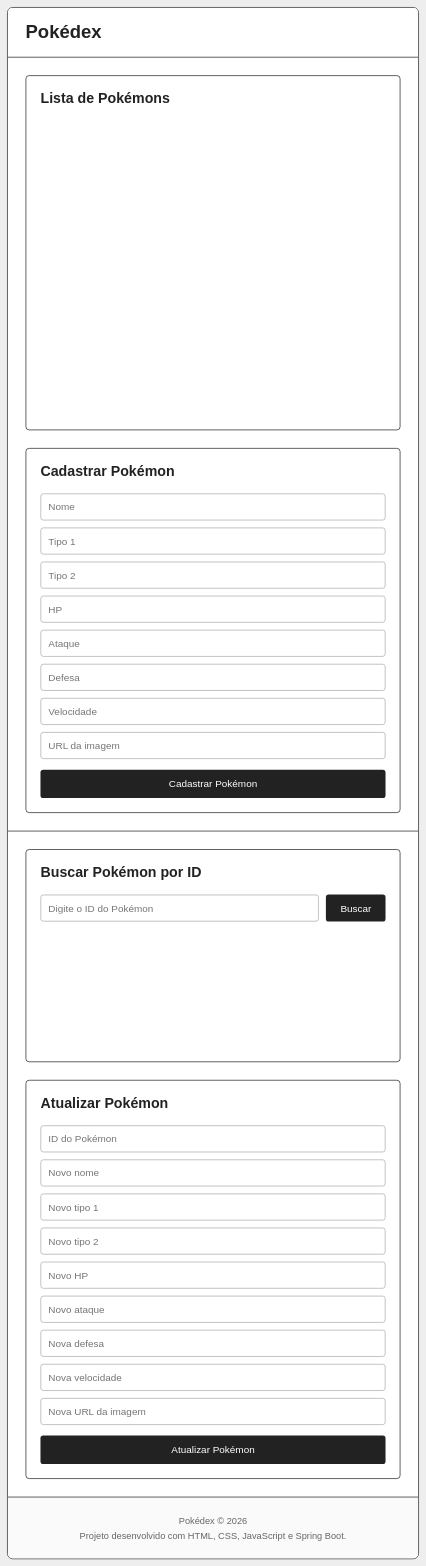
Repository: arthurSchgg/pokedex
Page: front-end/index.html
These files come from the project's save history. The page is drawn as it stood at one moment and after a run of saves; the edit follows.
The browser window is 600 px wide. The pictures show the whole page, at 71% of full size.
The page's requests for data from a server got no answer.

Above is the page before, as saved 2026-10-01 16:40:56.

### front-end/index.html
<!DOCTYPE html>
<html lang="pt-br">

<head>
    <meta charset="UTF-8">
    <meta name="viewport" content="width=device-width, initial-scale=1.0">

    <link rel="stylesheet" href="style.css">

    <title>Pokédex</title>
</head>

<body>

    <div id="app">

        <!-- CABEÇALHO -->
        <header>

            <h1>Pokédex</h1>

        </header>


        <!-- LISTA + CADASTRO -->
        <main>

            <section class="lista">

                <h2>Lista de Pokémons</h2>

                <div id="container-pokemon">
                </div>

            </section>


            <aside class="lateral">

                <h2>Cadastrar Pokémon</h2>

                <form id="pokemon-form">

                    <input
                        id="nome"
                        type="text"
                        placeholder="Nome"
                        required
                    >

                    <input
                        id="tipo1"
                        type="text"
                        placeholder="Tipo 1"
                        required
                    >

                    <input
                        id="tipo2"
                        type="text"
                        placeholder="Tipo 2"
                    >

                    <input
                        id="hp"
                        type="number"
                        placeholder="HP"
                        required
                    >

                    <input
                        id="ataque"
                        type="number"
                        placeholder="Ataque"
                        required
                    >

                    <input
                        id="defesa"
                        type="number"
                        placeholder="Defesa"
                        required
                    >

                    <input
                        id="velocidade"
                        type="number"
                        placeholder="Velocidade"
                        required
                    >

                    <input
                        id="imagem_url"
                        type="text"
                        placeholder="URL da imagem"
                        required
                    >

                    <button type="submit">
                        Cadastrar Pokémon
                    </button>

                </form>

            </aside>

        </main>


        <!-- BUSCAR + ATUALIZAR -->
        <section class="acoes">


            <!-- BUSCAR POR ID -->
            <div id="area-buscar">

                <h2>Buscar Pokémon por ID</h2>

                <div class="busca">

                    <input
                        type="number"
                        id="id"
                        placeholder="Digite o ID do Pokémon"
                    >

                    <button id="buscar-pokemon">
                        Buscar
                    </button>

                </div>

                <div id="pokemon-buscado"></div>

            </div>


            <!-- ATUALIZAR -->
            <div id="area-atualizar">

                <h2>Atualizar Pokémon</h2>

                <form id="pokemon-update-form">

                    <input
                        type="number"
                        id="update-id"
                        placeholder="ID do Pokémon"
                        required
                    >

                    <input
                        type="text"
                        id="update-nome"
                        placeholder="Novo nome"
                        required
                    >

                    <input
                        type="text"
                        id="update-tipo1"
                        placeholder="Novo tipo 1"
                        required
                    >

                    <input
                        type="text"
                        id="update-tipo2"
                        placeholder="Novo tipo 2"
                    >

                    <input
                        type="number"
                        id="update-hp"
                        placeholder="Novo HP"
                        required
                    >

                    <input
                        type="number"
                        id="update-ataque"
                        placeholder="Novo ataque"
                        required
                    >

                    <input
                        type="number"
                        id="update-defesa"
                        placeholder="Nova defesa"
                        required
                    >

                    <input
                        type="number"
                        id="update-velocidade"
                        placeholder="Nova velocidade"
                        required
                    >

                    <input
                        type="text"
                        id="update-imagem_url"
                        placeholder="Nova URL da imagem"
                        required
                    >

                    <button type="submit">
                        Atualizar Pokémon
                    </button>

                </form>

            </div>

        </section>


        <!-- FOOTER -->
        <footer>

            <p>Pokédex © 2026</p>

            <p>
                Projeto desenvolvido com HTML, CSS, JavaScript e Spring Boot.
            </p>

        </footer>

    </div>


    <script src="script.js"></script>

</body>

</html>

### front-end/style.css
* {
    box-sizing: border-box;
    margin: 0;
    padding: 0;
}


body {
    font-family: Arial, Helvetica, sans-serif;

    background-color: #eeeeee;

    color: #222;

    padding: 40px 20px;
}

#app {
    width: 1100px;

    max-width: 100%;

    margin: 0 auto;

    background-color: white;

    border: 1px solid #222;

    border-radius: 8px;

    overflow: hidden;
}

header {
    height: 70px;

    display: flex;

    align-items: center;

    padding: 0 25px;

    border-bottom: 1px solid #222;

    background-color: white;
}

header h1 {
    font-size: 26px;

    font-weight: bold;
}

main {
    display: grid;

    grid-template-columns: 2fr 1fr;

    gap: 25px;

    padding: 25px;
}

.lista {
    border: 1px solid #222;

    border-radius: 5px;

    padding: 20px;

    min-height: 500px;
}

.lista h2 {
    font-size: 20px;

    margin-bottom: 20px;
}

#container-pokemon {
    display: grid;

    grid-template-columns: repeat(3, 1fr);

    gap: 15px;

    max-height: 420px;

    overflow-y: auto;

    padding: 5px;
}

.card-pokemon {
    border: 1px solid #cccccc;

    border-radius: 8px;

    background-color: #fafafa;

    padding: 12px;

    text-align: center;

    cursor: pointer;

    transition:
        transform 0.2s,
        box-shadow 0.2s,
        border-color 0.2s;
}

.card-pokemon:hover {
    transform: translateY(-3px);

    border-color: #222;

    box-shadow: 0 4px 10px rgba(0, 0, 0, 0.15);
}

.card-pokemon img {
    display: block;

    width: 100px;

    height: 100px;

    object-fit: contain;

    margin: 8px auto;
}
.card-pokemon h2 {
    font-size: 18px;

    margin-bottom: 6px;
}

.pokemon-id {
    color: #777;

    font-size: 12px !important;

    font-weight: bold;
}

.pokemon-tipos {
    font-size: 13px;

    color: #555;

    margin-top: 5px;
}

.lateral {
    border: 1px solid #222;

    border-radius: 5px;

    padding: 20px;

    min-height: 500px;
}

.lateral h2 {
    font-size: 20px;

    margin-bottom: 20px;
}

form {
    display: flex;

    flex-direction: column;

    gap: 10px;
}

form input {
    width: 100%;

    height: 38px;

    padding: 8px 10px;

    border: 1px solid #aaa;

    border-radius: 4px;

    font-size: 14px;

    background-color: white;
}

form input:focus {
    outline: none;

    border-color: #222;
}

form button {
    width: 100%;

    height: 40px;

    margin-top: 5px;

    border: none;

    border-radius: 4px;

    background-color: #222;

    color: white;

    font-size: 14px;

    cursor: pointer;

    transition: background-color 0.2s;
}

form button:hover {
    background-color: #444;
}


/* =========================================
   BUSCAR + ATUALIZAR
========================================= */

.acoes {
    display: grid;

    grid-template-columns: 1fr 1fr;

    gap: 25px;

    padding: 25px;

    border-top: 1px solid #222;
}


/* =========================================
   ÁREA DE BUSCAR
========================================= */

#area-buscar {
    border: 1px solid #222;

    border-radius: 5px;

    padding: 20px;

    min-height: 300px;
}

#area-buscar h2 {
    font-size: 20px;

    margin-bottom: 20px;
}


/* =========================================
   INPUT + BOTÃO DA BUSCA
========================================= */

.busca {
    display: flex;

    gap: 10px;
}

.busca input {
    flex: 1;

    height: 38px;

    padding: 8px 10px;

    border: 1px solid #aaa;

    border-radius: 4px;

    font-size: 14px;
}

.busca input:focus {
    outline: none;

    border-color: #222;
}

.busca button {
    height: 38px;

    padding: 0 20px;

    border: none;

    border-radius: 4px;

    background-color: #222;

    color: white;

    font-size: 14px;

    cursor: pointer;
}

.busca button:hover {
    background-color: #444;
}


/* =========================================
   RESULTADO DA BUSCA
========================================= */

#pokemon-buscado {
    margin-top: 20px;
}

#pokemon-buscado .card-pokemon {
    cursor: default;

    max-width: 350px;
}


/* =========================================
   ÁREA DE ATUALIZAÇÃO
========================================= */

#area-atualizar {
    border: 1px solid #222;

    border-radius: 5px;

    padding: 20px;

    min-height: 300px;
}

#area-atualizar h2 {
    font-size: 20px;

    margin-bottom: 20px;
}


/* =========================================
   FORMULÁRIO DE ATUALIZAÇÃO
========================================= */

#pokemon-update-form {
    display: grid;

    grid-template-columns: 1fr 1fr;

    gap: 10px;
}

#pokemon-update-form input {
    width: 100%;
}

#pokemon-update-form button {
    grid-column: 1 / -1;
}


/* =========================================
   FOOTER
========================================= */

footer {
    border-top: 1px solid #222;

    padding: 25px;

    text-align: center;

    background-color: #fafafa;

    color: #666;

    font-size: 13px;
}

footer p + p {
    margin-top: 6px;
}


/* =========================================
   SCROLLBAR DA LISTA
========================================= */

#container-pokemon::-webkit-scrollbar {
    width: 8px;
}

#container-pokemon::-webkit-scrollbar-track {
    background: #eeeeee;

    border-radius: 5px;
}

#container-pokemon::-webkit-scrollbar-thumb {
    background: #999;

    border-radius: 5px;
}

#container-pokemon::-webkit-scrollbar-thumb:hover {
    background: #666;
}


/* =========================================
   RESPONSIVIDADE
========================================= */

@media (max-width: 900px) {

    main {
        grid-template-columns: 1fr;
    }

    .acoes {
        grid-template-columns: 1fr;
    }

    .lateral {
        min-height: auto;
    }

}


/* =========================================
   TABLET
========================================= */

@media (max-width: 650px) {

    body {
        padding: 10px;
    }

    #container-pokemon {
        grid-template-columns: repeat(2, 1fr);
    }

    #pokemon-update-form {
        grid-template-columns: 1fr;
    }

    #pokemon-update-form button {
        grid-column: auto;
    }

}


/* =========================================
   CELULAR
========================================= */

@media (max-width: 450px) {

    #container-pokemon {
        grid-template-columns: 1fr;
    }

    .busca {
        flex-direction: column;
    }

    .busca button {
        width: 100%;
    }

    header {
        justify-content: center;
    }

    header h1 {
        font-size: 23px;
    }

}

### front-end/script.js
const API_URL = "http://localhost:8181/v1/pokedex";

//Lista os pokemons
async function carregarPokemon() {
    try {
        const resposta = await fetch(`${API_URL}/listar`);

        if (!resposta.ok) {
            throw new Error(`Erro no servidor: ${resposta.status}`);
        }

        const pokemons = await resposta.json();

        console.log("Pokémons carregados:", pokemons);

        const container = document.getElementById("container-pokemon");

        pokemons.forEach(pokemon => {

            const card = document.createElement("div");

            card.innerHTML = `
                <p class="pokemon-id">#${String(pokemon.id).padStart(3, "0")}</p>

                <img src="${pokemon.imagemUrl}" alt="${pokemon.nome}">

                <h2>${pokemon.nome}</h2>

                <div class="pokemon-tipos">
                    <span>${pokemon.tipo1}</span>
                    ${pokemon.tipo2 ? `<span> / ${pokemon.tipo2}</span>` : ""}
                </div>

            `;

            container.appendChild(card);
        });

    } catch (erro) {
        console.error("Erro ao buscar pokémons na linha do fetch:", erro);
    }
}

carregarPokemon();


//Cadastra um novo pokémon
const formulario = document.getElementById("pokemon-form");

formulario.addEventListener("submit", async (event) => {

    event.preventDefault();

    const pokemon = {

        nome: document.getElementById("nome").value,

        tipo1: document.getElementById("tipo1").value,

        tipo2: document.getElementById("tipo2").value,

        hp: Number(document.getElementById("hp").value),

        ataque: Number(document.getElementById("ataque").value),

        defesa: Number(document.getElementById("defesa").value),

        velocidade: Number(document.getElementById("velocidade").value),

        imagemUrl: document.getElementById("imagem_url").value
    }

    try {
        const resposta = await fetch(
            "http://localhost:8181/v1/pokedex/cadastrar",
            {
                method: "POST",

                headers: {
                    "Content-Type": "application/json"
                },

                body: JSON.stringify(pokemon)
            }
        );

        if (!resposta.ok) {
            throw new Error("Erro ao cadastrar Pokémon");
        }

        const pokemonCadastrado = await resposta.json();

        console.log("Pokémon cadastrado: " + pokemonCadastrado);

        alert("Pokémon cadastrado com sucesso!");

        formulario.reset();
    } catch (erro) {
        console.error("Erro: ", erro);

        alert("Não foi possível cadastrar o Pokémon.")
    }
});

//Busca um pokémon pelo seu ID

const botaoBuscar = document.getElementById("buscar-pokemon");

botaoBuscar.addEventListener("click", async () => {

    const id = document.getElementById("id").value;

    if (!id) {
        alert("Digite um ID.");
        return;
    }

    try {
        const resposta = await fetch(`${API_URL}/${id}`);

        if (!resposta.ok) {
            throw new Error(`Pokémon não encontrado. Status: ${resposta.status}`);
        }

        const pokemon = await resposta.json();

        console.log("Pokémon encontrado: ", pokemon);

        const container = document.getElementById("pokemon-buscado");

        container.innerHTML = `
            <div class="card-pokemon">

                <h2>${pokemon.nome}</h2>

                <img
                    src="${pokemon.imagemUrl}"
                    alt="${pokemon.nome}"
                >

                <p>Tipo 1: ${pokemon.tipo1}</p>
                <p>Tipo 2: ${pokemon.tipo2 || "Nenhum"}</p>

                <p>HP: ${pokemon.hp}</p>
                <p>Ataque: ${pokemon.ataque}</p>
                <p>Defesa: ${pokemon.defesa}</p>
                <p>Velocidade: ${pokemon.velocidade}</p>

            </div>
        `;
    } catch (erro) {
        console.error("Erro ao buscar o Pokémon: ", erro);

        alert("Pokémon não encontrado");
    }

});


//Atualiza o pokémon pelo ID
const formularioUpdate = document.getElementById("pokemon-update-form");

formularioUpdate.addEventListener("submit", async (event) => {

    event.preventDefault();

    const id = document.getElementById("update-id").value;

    if (!id) {
        alert("Digite o ID do pokémon");
        return;
    }

    const pokemon = {

        nome: document.getElementById("update-nome").value,

        tipo1: document.getElementById("update-tipo1").value,

        tipo2: document.getElementById("update-tipo2").value,

        hp: Number(document.getElementById("update-hp").value),

        ataque: Number(document.getElementById("update-ataque").value),

        defesa: Number(document.getElementById("update-defesa").value),

        velocidade: Number(
            document.getElementById("update-velocidade").value
        ),

        imagemUrl: document.getElementById("update-imagem_url").value
    };

    try {
        const resposta = await fetch(`${API_URL}/${id}`, {
            method: "PUT",

            headers: {
                "Content-Type": "application/json"
            },

            body: JSON.stringify(pokemon)
        });

        if (!resposta.ok) {
            throw new Error(`Erro ao atualizar o pokémon: ${resposta.status}`);
        }

        const pokemonAtualizado = await resposta.json();

        console.log("Pokémon atualizado", pokemonAtualizado);

        alert("Pokémon atualizado com sucesso!");

        formularioUpdate.reset();

    } catch (erro) {

        console.error("Erro ao atulizar o Pokémon: ", erro);

        alert("Não foi possível atualizar o Pokémon");
    }
});

After the next 12 saves:
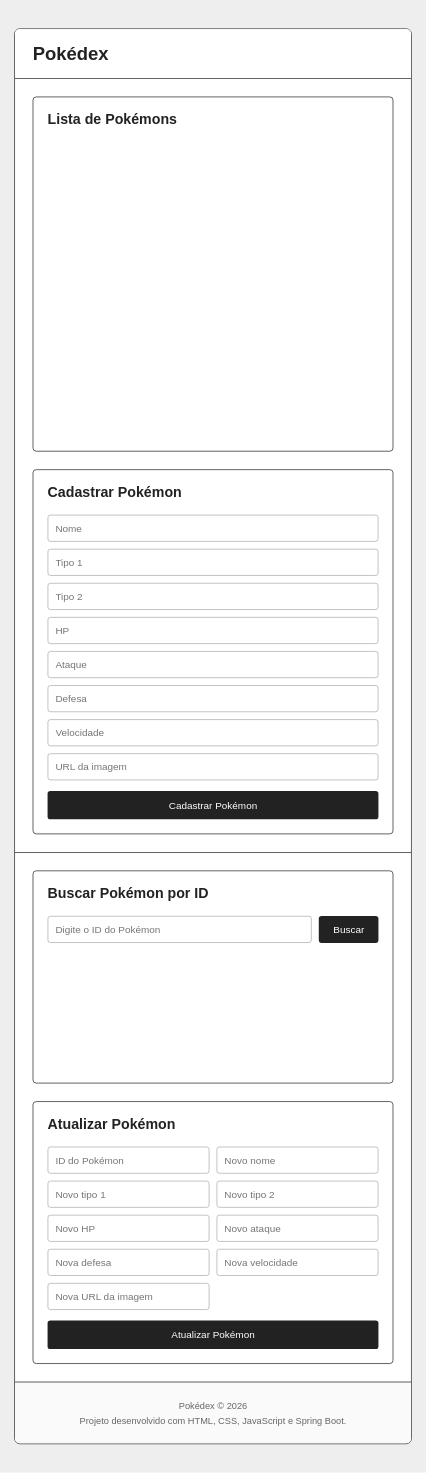
The 12 saves are shown as one change because they came seconds apart.
The last was saved 31 s later.
--- a/front-end/style.css
+++ b/front-end/style.css
@@ -223,11 +223,6 @@
     background-color: #444;
 }
 
-
-/* =========================================
-   BUSCAR + ATUALIZAR
-========================================= */
-
 .acoes {
     display: grid;
 
@@ -240,11 +235,6 @@
     border-top: 1px solid #222;
 }
 
-
-/* =========================================
-   ÁREA DE BUSCAR
-========================================= */
-
 #area-buscar {
     border: 1px solid #222;
 
@@ -261,11 +251,6 @@
     margin-bottom: 20px;
 }
 
-
-/* =========================================
-   INPUT + BOTÃO DA BUSCA
-========================================= */
-
 .busca {
     display: flex;
 
@@ -314,11 +299,6 @@
     background-color: #444;
 }
 
-
-/* =========================================
-   RESULTADO DA BUSCA
-========================================= */
-
 #pokemon-buscado {
     margin-top: 20px;
 }
@@ -329,11 +309,6 @@
     max-width: 350px;
 }
 
-
-/* =========================================
-   ÁREA DE ATUALIZAÇÃO
-========================================= */
-
 #area-atualizar {
     border: 1px solid #222;
 
@@ -350,11 +325,6 @@
     margin-bottom: 20px;
 }
 
-
-/* =========================================
-   FORMULÁRIO DE ATUALIZAÇÃO
-========================================= */
-
 #pokemon-update-form {
     display: grid;
 
@@ -371,11 +341,6 @@
     grid-column: 1 / -1;
 }
 
-
-/* =========================================
-   FOOTER
-========================================= */
-
 footer {
     border-top: 1px solid #222;
 
@@ -394,11 +359,6 @@
     margin-top: 6px;
 }
 
-
-/* =========================================
-   SCROLLBAR DA LISTA
-========================================= */
-
 #container-pokemon::-webkit-scrollbar {
     width: 8px;
 }
@@ -419,11 +379,6 @@
     background: #666;
 }
 
-
-/* =========================================
-   RESPONSIVIDADE
-========================================= */
-
 @media (max-width: 900px) {
 
     main {
@@ -440,36 +395,6 @@
 
 }
 
-
-/* =========================================
-   TABLET
-========================================= */
-
-@media (max-width: 650px) {
-
-    body {
-        padding: 10px;
-    }
-
-    #container-pokemon {
-        grid-template-columns: repeat(2, 1fr);
-    }
-
-    #pokemon-update-form {
-        grid-template-columns: 1fr;
-    }
-
-    #pokemon-update-form button {
-        grid-column: auto;
-    }
-
-}
-
-
-/* =========================================
-   CELULAR
-========================================= */
-
 @media (max-width: 450px) {
 
     #container-pokemon {
